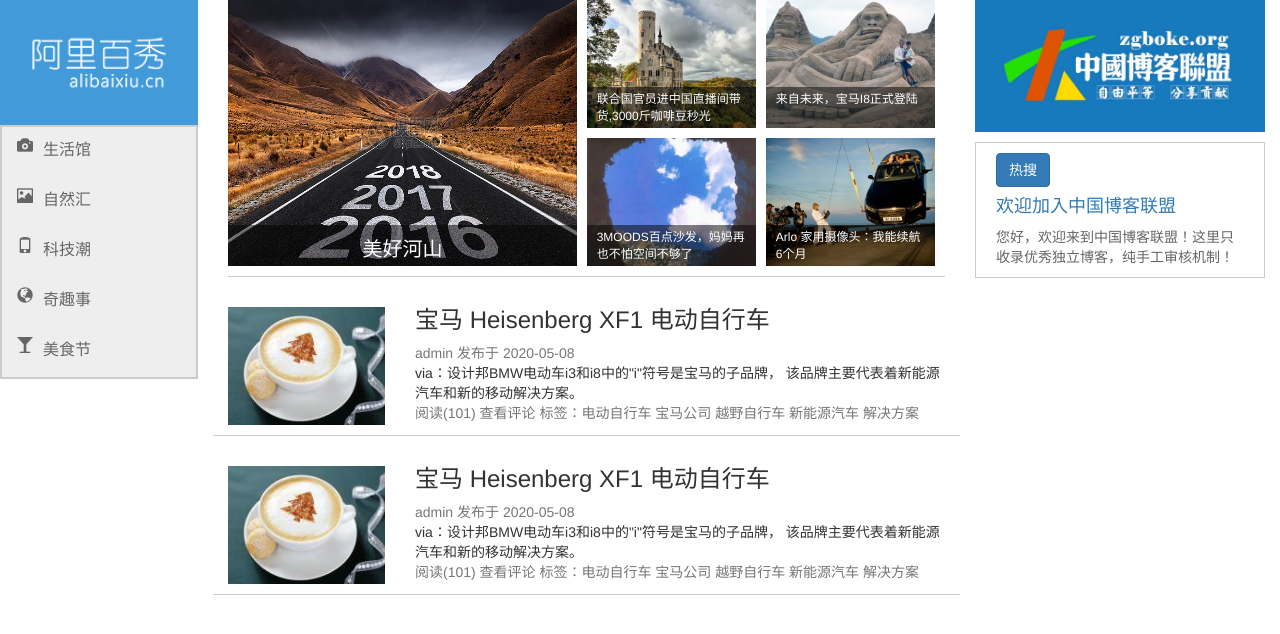
Repository: zhangwen001208/bootstrap-demo
Page: index.html
An editor plug-in stored every save of this project. The page is shown before and after the next save, followed by the edit.
The browser window is 1280 px wide. The pictures show the whole page.

Above is the page before, as saved 2022-09-08 16:55:11.

After the next save:
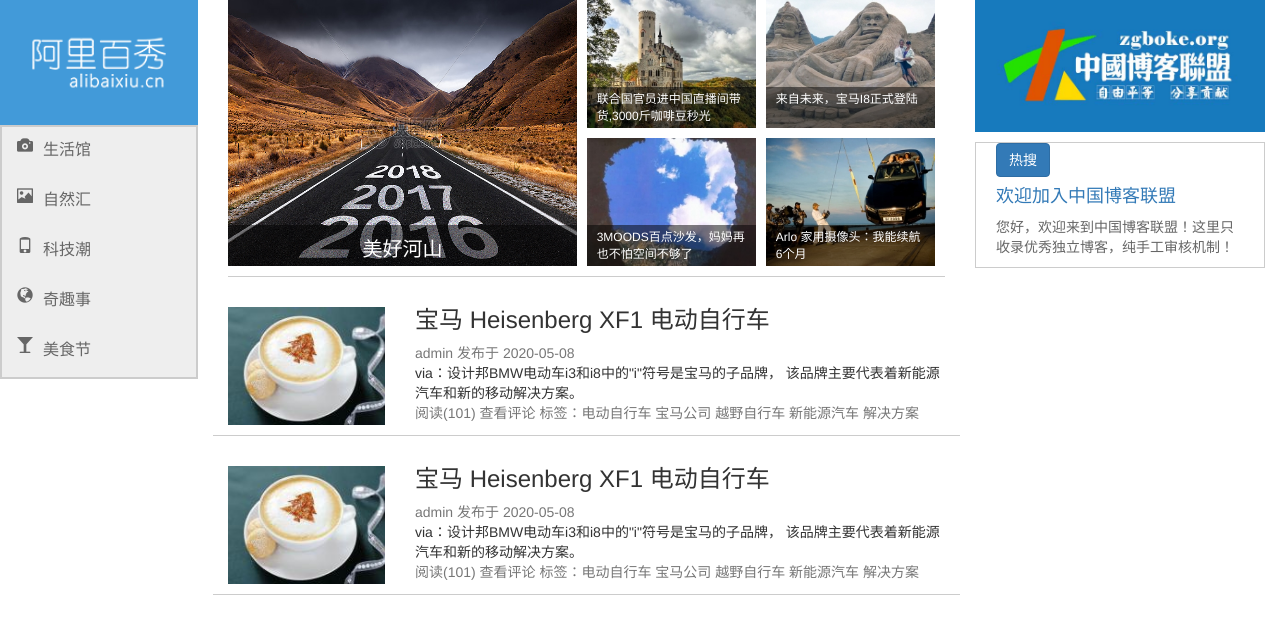
Saved 35 s later.
--- a/css/index.css
+++ b/css/index.css
@@ -139,6 +139,6 @@
 .hot {
     display: block;
     border: 1px solid #ccc;
-    padding: 10px 20px;
+    padding: 0 20px 10px;
     margin-top: 10px;
 }
